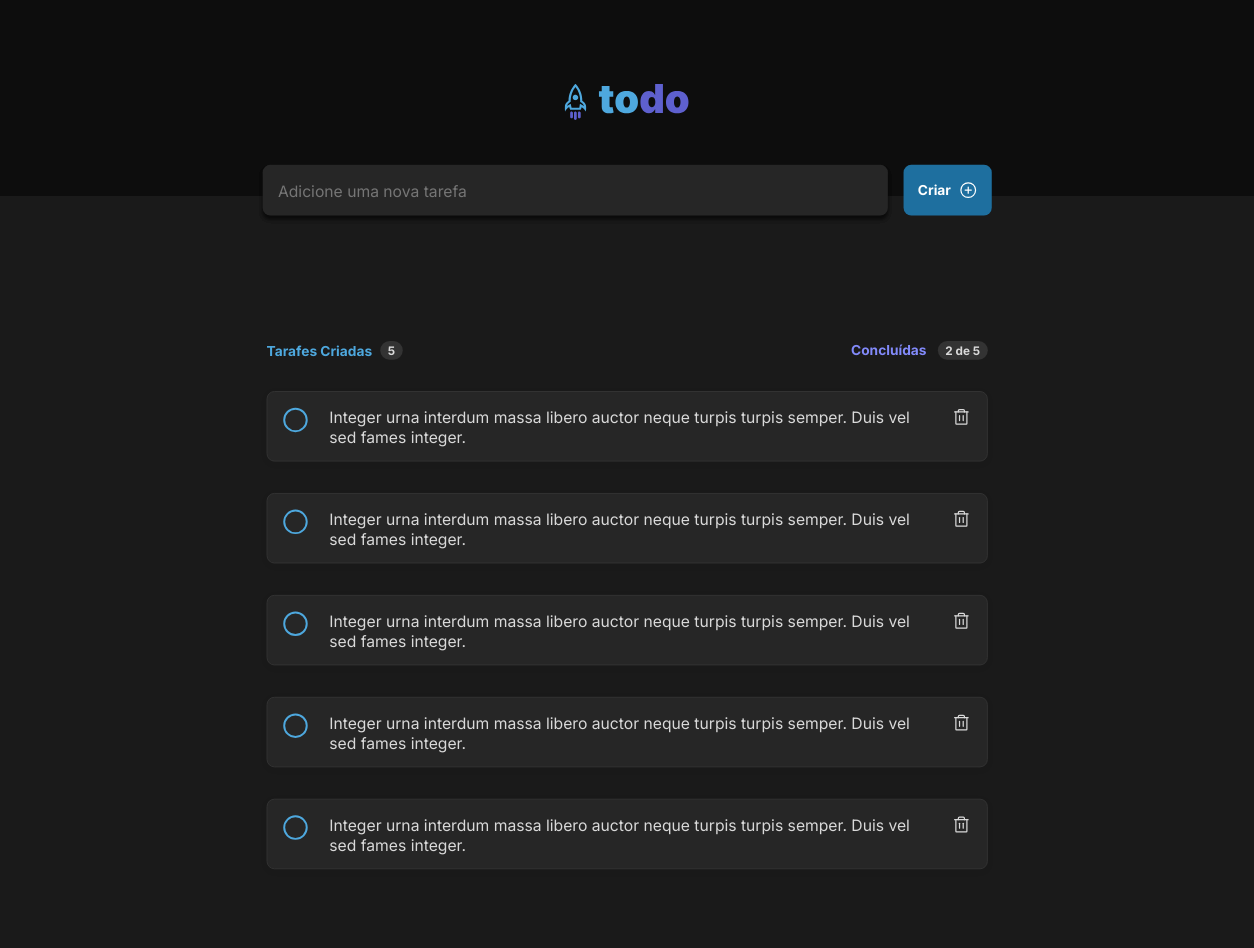
Repository: guilhermecardoso93/todolistreact
Page: /
The author's editor kept a copy of each file at every save. The page is drawn from the files as they stood at one save, then again after a run of saves.
The browser window is 1280 px wide. The pictures show the whole page, at 98% of full size.
The project was rebuilt for these pictures with package versions that can differ from the ones it lists, and the page was loaded fresh each time. Also part of the build but not shown: vite.config.ts.

Above is the page before, as saved 2022-07-03 18:50:59.

After the next 2 saves:
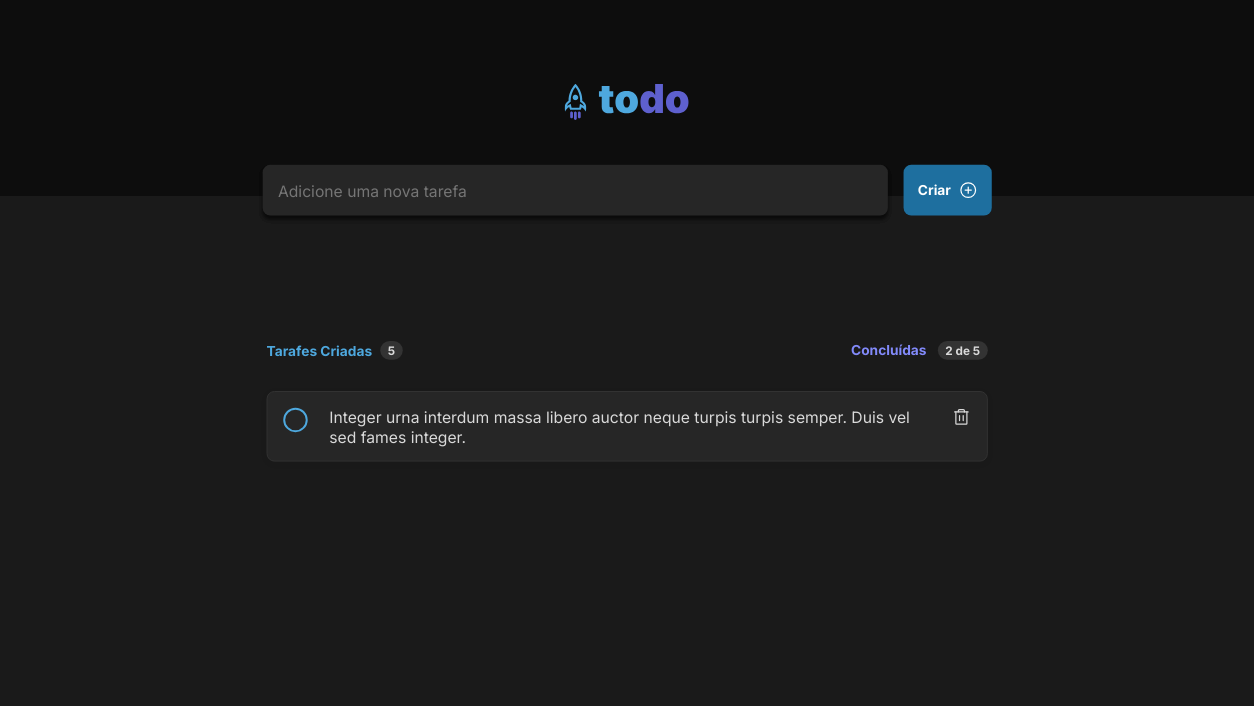
The 2 saves are shown as one change because they came seconds apart.
The last was saved 32 s later.
--- a/src/Tasks.tsx
+++ b/src/Tasks.tsx
@@ -20,10 +20,6 @@ export function Tasks() {
           </div>
         </div>
         <TaskList />
-        <TaskList />
-        <TaskList />
-        <TaskList />
-        <TaskList />
       </div>
     </div>
   );
